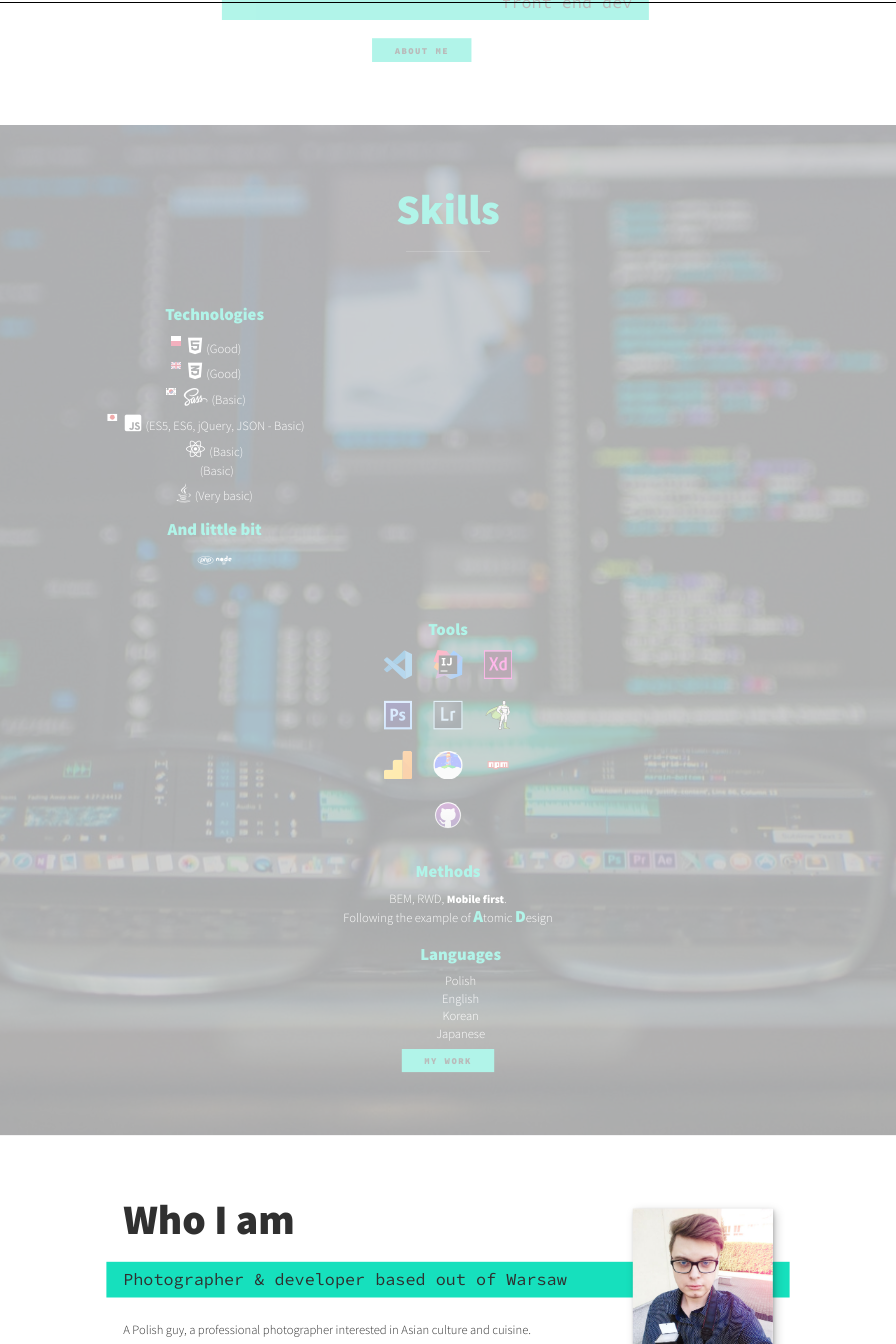
Repository: michalskirobert/michalskirobert.github.io
Page: index.html
The author's editor kept a copy of each file at every save. The page is drawn from the files as they stood at one save, then again after the next save.
The browser window is 1280 px wide. The pictures show the part of the page from y = 362 to 2282 px (the page is 5096 px tall before and 5024 px after), at 70% of full size.
Some icons come from a web library that is not loaded, so they are not drawn. Some web libraries are served in a nearby version.

Above is the page before, as saved 2020-11-12 22:21:38.
Console error: TypeError: Cannot read properties of null (reading 'addEventListener')

### index.html
<!DOCTYPE html>
<html lang="en">

<head>
    <meta charset="UTF-8">
    <meta name="viewport" content="width=device-width, initial-scale=1.0">
    <meta name="theme-color" content="#16e0bd" />
    <meta name="apple-mobile-web-app-status-bar-style" content="#16e0bd" />

    <title>Robert Michalski</title>
    <link rel="stylesheet" href="https://cdnjs.cloudflare.com/ajax/libs/normalize/7.0.0/normalize.min.css">
    <link rel="stylesheet" href="https://cdnjs.cloudflare.com/ajax/libs/font-awesome/5.11.2/css/all.css"
        integrity="sha256-46qynGAkLSFpVbEBog43gvNhfrOj+BmwXdxFgVK/Kvc=" crossorigin="anonymous" />

    <!-- Update these with your own fonts -->
    <link href="https://fonts.googleapis.com/css?family=Source+Code+Pro:400,900|Source+Sans+Pro:300,900&display=swap"
        rel="stylesheet">

    <link rel="stylesheet" href="css/style.css">

</head>

<body>
    <header>
        <div class="logo">
            <i class="fas fa-terminal"></i>
            <p class="name"></p>
        </div>
        <button class="nav-toggle" aria-label="toggle navigation">
            <span class="hamburger"></span>
        </button>
        <nav class="nav">
            <ul class="nav__list">
                <li class="nav__item"><a href="#home" class="nav__link">Home</a></li>
                <li class="nav__item"><a href="#skills" class="nav__link">My skills</a></li>
                <li class="nav__item"><a href="#about" class="nav__link">About me</a></li>
                <li class="nav__item"><a href="#work" class="nav__link">My Work</a></li>
                <li class="nav__item"><a href="#hire-me" class="nav__link">Hire me</a></li>
            </ul>
        </nav>
    </header>

    <!-- Introduction -->
    <section class="intro" id="home">
        <h1 class="section__title section__title--intro">
            Hi, I am <strong>Robert <br>
                Michalski</strong>
        </h1>
        <p class="section__subtitle section__subtitle--intro">front-end dev</p>
        <img src="img/dev-robert.jpg" alt="a picture of me with smile :)" class="intro__img">
        <div class="button__item">
            <a href="#about" class="btn">About me</a>
        </div>
    </section>


    <!-- My skills -->
    <section class="my-skills" id="skills">
        <h2 class="section__title section__title--skills">Skills</h2>
        <div class="skills">
            <div class="skill">
                <h3>Technologies</h3>
                <p><i class="fab fa-html5"></i>(Good)</p>
                <p><i class="fab fa-css3-alt"></i>(Good)</p>
                <p><i class="fab fa-sass"></i>(Basic)</p>
                <p><i class="fab fa-js-square"></i>(ES5, ES6, jQuery, JSON - Basic)</b>
                <p><i class="fab fa-react"></i>(Basic)</p>
                <p><i class="fas fa-code-merge"></i>(Basic)</p>
                <p><i class="fab fa-java"></i>(Very basic)</p>
                <h3>And little bit</h3>
                <i class="fab fa-php"></i>
                <i class="fab fa-node"></i>
            </div>
        </div>
        <!-- / skill -->
        <div class="skill">
            <h3>Tools</h3>
            <div class="image__item">
                <img src="./img/visual-studio-code-1.svg" alt="Visual Studio Code" />
                <img src="./img/intellij-idea-1.svg" alt="Inteliji IDEA" />
                <img src="./img/adobe-xd.svg" alt="Adobe Xd" />
                <img src="./img/adobe-photoshop-cs6.svg" alt="Adobe Photoshop" />
                <img src="./img/lightroom-cc.svg" alt="Adobe Lightroom" />
                <img src="./img/gsap-greensock.svg" alt="GSAP" />
                <img src="./img/google-analytics-3.svg" alt="Google Analytics" />
                <img src="./img/google-lighthouse.svg" alt="Google Lighthouse" />
                <img src="./img/Npm-01.svg" alt="NPM" />
                <img src="./img/github.svg" alt="GitHub" />
            </div>
            <h3>Methods</h3>
            <p>BEM, RWD, <b>Mobile first</b>.</p>
            <p>Following the example of <span>A</span>tomic <span>D</span>esign</p>
        </div>
        <!-- / skill -->
        <div class="skill">
            <h3>Languages</h3>
            <p>Polish</p>
            <p>English</p>
            <p>Korean</p>
            <p>Japanese</p>
        </div>
        <!-- / skill -->
        </div>
        <!-- / skills -->

        <a href="#work" class="btn">My Work</a>
    </section>


    <!-- About me -->
    <section class="about-me" id="about">
        <h2 class="section__title section__title--about">Who I am</h2>
        <p class="section__subtitle section__subtitle--about">Photographer & developer based out of Warsaw</p>

        <div class="about-me__body">
            <p>A Polish guy, a professional photographer interested in Asian culture and cuisine. <br>
                I've always been interested in programming, that's why I've been creating simple layouts for blogs since
                I
                was an elementary school student <br>
                Usually those layouts were based on HTML and CSS but I have made websites based on FLASH and
                action-script(which I found on the internet) as well. <br>
                I've gotten used to the self-improve, that's why in my free time I've been studying different
                programming languages. <br>
                I got back to study programming after a long break and I really love to do it.
            </p>
            <p>I have been a professional photographer since a long time, but I enjoy it more when I can solve a
                problem by myself in a
                code
                as a programmer. So I can really get a lot of satisfaction when I do something by myself then I can
                feel the progress I have done. Combining my abilities of photography and programming allows me to get a
                lot of inspiration and new ideas especially when I create a new website or a new API. </p>
        </div>
        <img src="img/dev-robert02.jpg" alt="Photographer Robert Michalski" class="about-me__img">

        <div class="portfolio-item-individual">
            <a href="cv_en.pdf" class="btn" target="_blank"><b><img src="./img/gb.svg" width="25px" height="25px"
                        style="float: left; margin-right: 10px;">CV</b></a>
            <a href="cv.pdf" class="btn" target="_blank"><b><img src="./img/pl.svg" width="25px" height="25px"
                        style="float: left; margin-right: 10px;">CV</b></a>
            <a href="#hire-me" class="btn">Hire me</a>
        </div>
    </section>

    <!-- My Work -->
    <section class="my-work" id="work">
        <h2 class="section__title section__title--work">My work</h2>
        <p class="section__subtitle section__subtitle--work">A selection of my range of work</p>
        <h3 class="section__title section__title--work">Front-end projects</h3>
        <div class="portfolio">
            <!-- Portfolio item 01 -->
            <div class="portfolio__item">
                <img src="img/portfolio-01.jpg" alt="Saro.website - Website for people studying Polish"
                    class="portfolio__img">
                <div class="describe__item">
                    <div class="describe">
                        <h3>SARO.website</h3>
                        <p>Website was made for people studying Polish</p>
                        <b>Used technologies:</b>
                        <div class="check__item">
                            <i class="fab fa-html5"></i>
                            <i class="fab fa-sass"></i>
                            <i class="fab fa-js-square"></i>
                            <i class="fab fa-php"></i>
                        </div>
                        <div class="check__item">
                            <i class="fab fa-github"></i>
                            <a href="https://github.com/michalskirobert/SARO-2.0.2" target="_blank"><b>Source
                                    code</b></a>
                        </div>
                        <div class="check__item">
                            <i class="fas fa-server"></i>
                            <a href="https://saro.website" target="_blank"><b>Live</b></a>
                        </div>
                    </div>
                </div>
            </div>

            <!-- Portfolio item 02 -->
            <div class="portfolio__item">
                <img src="img/portfolio-02.jpg" alt="La Table N - best finger foods in Japan" class="portfolio__img">
                <div class="describe__item">
                    <div class="describe">
                        <h3>La Table N</h3>
                        <p>Website made for Japanese teacher of finger foods</p>
                        <b>Used technologies:</b>
                        <div class="check__item">
                            <i class="fab fa-html5"></i>
                            <i class="fab fa-sass"></i>
                            <i class="fab fa-js-square"></i>
                            <i class="fab fa-php"></i>
                        </div>
                        <div class="check__item">
                            <i class="fab fa-github"></i>
                            <a href="https://github.com/michalskirobert/La-Table-N" target="_blank"><b>Source
                                    code</b></a>
                        </div>
                        <div class="check__item">
                            <i class="fas fa-server"></i>
                            <a href="http://latablen.saro.website" target="_blank"><b>Live</b></a>
                        </div>
                    </div>
                </div>
            </div>

            <!-- Portfolio item 03 -->
            <div class="portfolio__item">
                <img src="img/portfolio-03.jpg" alt="Korean drama" class="portfolio__img">
                <div class="describe__item">
                    <div class="discribe">
                        <h3>Korean Drama-web</h3>
                        <p>Website about Korean dramas</p>
                        <b>Used technologies:</b>
                        <div class="check__item">
                            <i class="fab fa-html5"></i>
                            <i class="fab fa-css3-alt"></i>
                            <i class="fab fa-js-square"></i>
                        </div>
                    </div>
                    <div class="check__item">
                        <a href="https://github.com/michalskirobert/K-drama-website"><i class="fab fa-github"></i>
                            <b>Source code</b></a>
                    </div>
                    <div class="check__item">
                        <a href="https://michalskirobert.github.io/portfolio/website/01/index.html"><i
                                class="fas fa-server"></i>
                            <b>Live</b></a>
                    </div>
                </div>
            </div>
        </div>
        <h3 class="section__title section__title--work">API porftolio</h3>
        <div class="portfolio">
            <div class="portfolio__item">
                <img src="img/portfolio__api-01.jpg" alt="Report API by Robert Michalski" class="portfolio__img">
                <div class="describe__item">
                    <div class="describe">
                        <h3>Report.JS</h3>
                        <p>Api to get infromations about bugs</p>
                        <b>Used technologies:</b>
                        <div class="check__item">
                            <i class="fab fa-html5"></i>
                            <i class="fab fa-sass"></i>
                            <i class="fab fa-js-square"></i>
                            <i class="fab fa-php"></i>
                        </div>
                        <div class="check__item">
                            <a href="https://github.com/michalskirobert/report-JS" target="_blank"><i
                                    class="fab fa-github"></i>
                                <b>Source code</b></a>
                        </div>
                        <div class="check__item">
                            <a href="https://michalskirobert.github.io/portfolio/api/01/index.html" target="_blank"><i
                                    class="fas fa-server"></i>
                                <b>Live</b></a>
                        </div>
                    </div>
                </div>
            </div>

            <div class="portfolio__item">
                <img src="img/portfolio__api-02.jpg" alt="Polish Name checker by Robert Michalski"
                    class="portfolio__img">
                <div class="describe__item">
                    <div class="describe">
                        <h3>Polish name Checker API</h3>
                        <p>I've created this API for people who are confused with Polish names</p>
                        <b>Used technologies:</b>
                        <div class="check__item">
                            <i class="fab fa-html5"></i>
                            <i class="fab fa-css3-alt"></i>
                            <i class="fab fa-js-square"></i>
                        </div>
                        <div class="check__item">
                            <a href="https://github.com/michalskirobert/Polish-name-checker-1.0.0" target="_blank"><i
                                    class="fab fa-github"></i>
                                <b>Source code</b></a>
                        </div>
                        <div class="check__item">
                            <a href="https://michalskirobert.github.io/portfolio/api/02/index.html" target="_blank"><i
                                    class="fas fa-server"></i>
                                <b>Live</b></a>
                        </div>
                    </div>
                </div>
            </div>
        </div>
    </section>

    <!-- Hire me -->
    <section class="hire-me" id="hire-me">
        <h2 class="section__title section__title--hireMe">Hire me</h2>
        <p class="section__subtitle section__subtitle--hireMe">Contact infomation</p>

        <div class="hire-me__body">
            <p>I would love to work remotely or work in the office based in Warsaw <br>
                My dream is having a work that I can improve and expand my programming abilities and myself in
                front-end.
            </p>
            <p>I would love to learn more about Node.JS, React.JS and even PHP - for me if I can understand more
                back-end then I can be a really good as a front-end developer
            </p>
            <form action="https://formspree.io/f/moqpdypa" method="POST">
                <h3>Contact</h3>
                <input placeholder="Name or company name" type="text" id="name" name="name" value="" required>
                <input placeholder="Email" type="email" id="email" name="email"
                    onblur="this.setAttribute('value', this.value);" value="" required>
                <textarea placeholder="Message" rows="1" id="msg" name="message" required></textarea>
                <button type="submit">Send</button>
            </form>
        </div>
        <img src="img/contact.jpg" alt="Warsaw" class="about-me__img">
    </section>

    <!-- Footer -->
    <footer class="footer">
        <a href="mailto:robertxmichalskio@gmail.com" class="footer__link">robertxmichalskio@gmail.com</a>
        <ul class="social-list">
            <!-- <li class="social-list__item">
                <a class="social-list__link" href="https://codepen.io">
                    <i class="fab fa-codepen"></i>
                </a>
            </li> -->
            <li class="social-list__item">
                <a class="social-list__link" href="https://www.linkedin.com/in/robert-michalski-3792641b3/"
                    target="_blank">
                    <i class="fab fa-linkedin"></i>
                </a>
            </li>
            <li class="social-list__item">
                <a class="social-list__link" href="https://www.facebook.com/oresamashikou/" target="_blank">
                    <i class="fab fa-facebook-square"></i>
                </a>
            </li>
            <li class="social-list__item">
                <a class="social-list__link" href="https://github.com/michalskirobert" target="_blank">
                    <i class="fab fa-github"></i>
                </a>
            </li>
        </ul>
    </footer>
    <div class="intro-slider">
        <div class="intro-text">
            <h2 class="hide">
                <span class="text">ロバート</span>
            </h2>
            <h2 class="hide">
                <span class="text">フロントエンド開発者</span>
            </h2>
            <h2 class="hide">
                <span class="text">ようこそ</span>
            </h2>
        </div>
    </div>
    <div class="slider"></div>
    <script src="https://ajax.googleapis.com/ajax/libs/jquery/3.5.1/jquery.min.js"></script>
    <script src="https://cdnjs.cloudflare.com/ajax/libs/gsap/3.5.1/gsap.min.js"
        integrity="sha512-IQLehpLoVS4fNzl7IfH8Iowfm5+RiMGtHykgZJl9AWMgqx0AmJ6cRWcB+GaGVtIsnC4voMfm8f2vwtY+6oPjpQ=="
        crossorigin="anonymous"></script>
    <script src="https://cdnjs.cloudflare.com/ajax/libs/gsap/3.4.2/ScrollTrigger.min.js"></script>
    <script src="https://formspree.io/js/formbutton-v1.min.js" defer></script>
    <script>
        window.formbutton = window.formbutton || function () { (formbutton.q = formbutton.q || []).push(arguments) };
        formbutton("create", { action: "https://formspree.io/f/moqpdypa" })
    </script>
    <script src="js/index.js"></script>
    <script src="js/animations.js"></script>
    <script src="js/mail.js"></script>
</body>

</html>

### css/reset.css
html, body, div, span, applet, object, iframe,
h1, h2, h3, h4, h5, h6, p, blockquote, pre,
a, abbr, acronym, address, big, cite, code,
del, dfn, em, img, ins, kbd, q, s, samp,
small, strike, strong, sub, sup, tt, var,
b, u, i, center,
dl, dt, dd, ol, ul, li,
fieldset, form, label, legend,
table, caption, tbody, tfoot, thead, tr, th, td,
article, aside, canvas, details, embed,
figure, figcaption, footer, header, hgroup,
menu, nav, output, ruby, section, summary,
time, mark, audio, video {
	margin: 0;
	padding: 0;
	border: 0;
	outline: 0;
	font-size: 100%;
	font: inherit;
	vertical-align: baseline;
	background: transparent;
}
/* HTML5 display-role reset for older browsers */
article, aside, details, figcaption, figure,
footer, header, hgroup, menu, nav, section {
	display: block;
}
body {
	line-height: 1;
}
ol, ul {
	list-style: none;
}
blockquote, q {
	quotes: none;
}
blockquote:before, blockquote:after,
q:before, q:after {
	content: '';
	content: none;
}
table {
	border-collapse: collapse;
	border-spacing: 0;
}

Loaded but not shown: img/github.svg (43 lines, source omitted); js/animations.js (63 lines, source omitted); js/mail.js (45 lines, source omitted); js/index.js (15 lines, source omitted); css/style.css (1032 lines, source omitted)

After the next save:
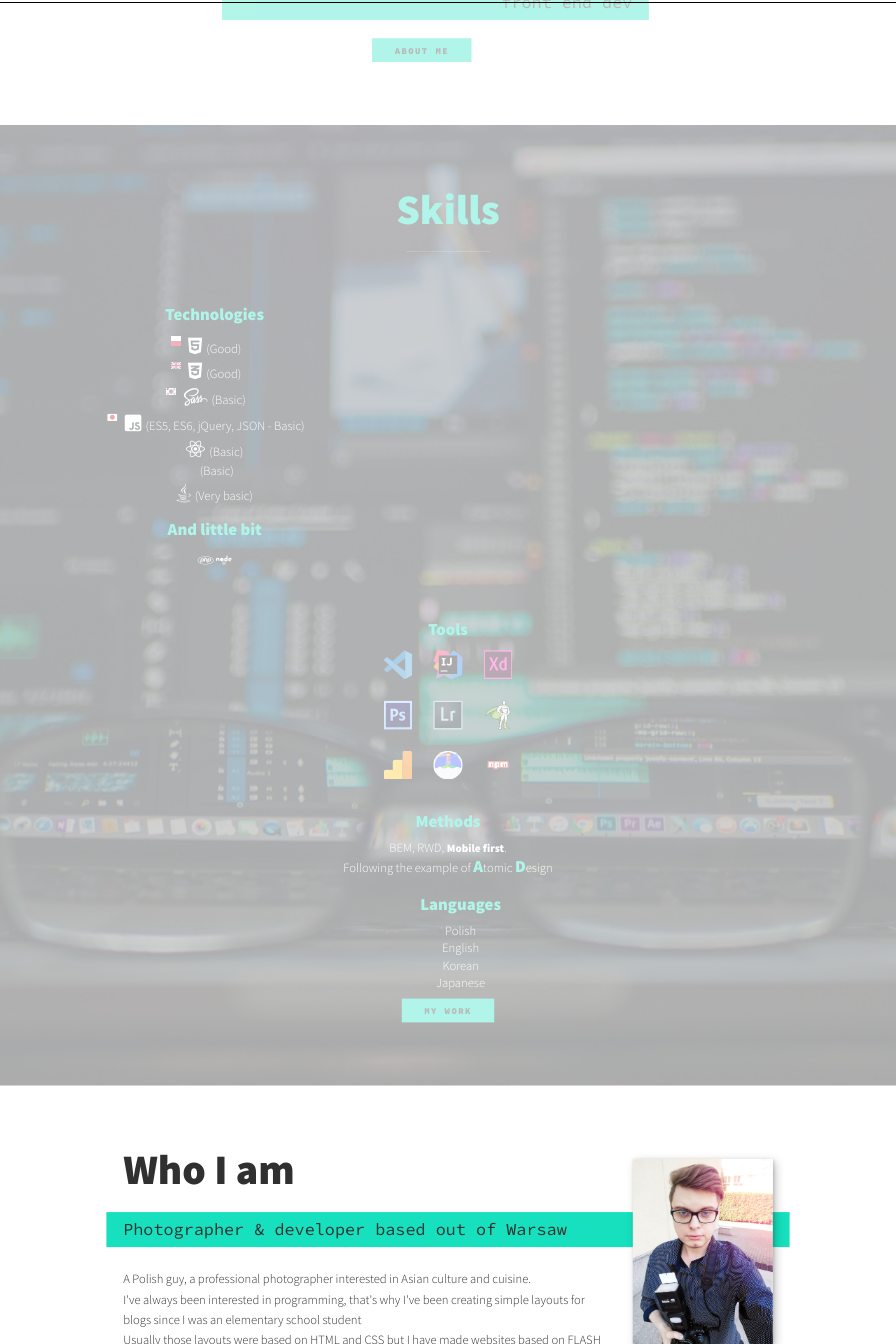
Saved 32 s later.
--- a/index.html
+++ b/index.html
@@ -85,7 +85,7 @@
                 <img src="./img/google-analytics-3.svg" alt="Google Analytics" />
                 <img src="./img/google-lighthouse.svg" alt="Google Lighthouse" />
                 <img src="./img/Npm-01.svg" alt="NPM" />
-                <img src="./img/github.svg" alt="GitHub" />
+                <!-- <img src="./img/github.svg" alt="GitHub" /> -->
             </div>
             <h3>Methods</h3>
             <p>BEM, RWD, <b>Mobile first</b>.</p>
